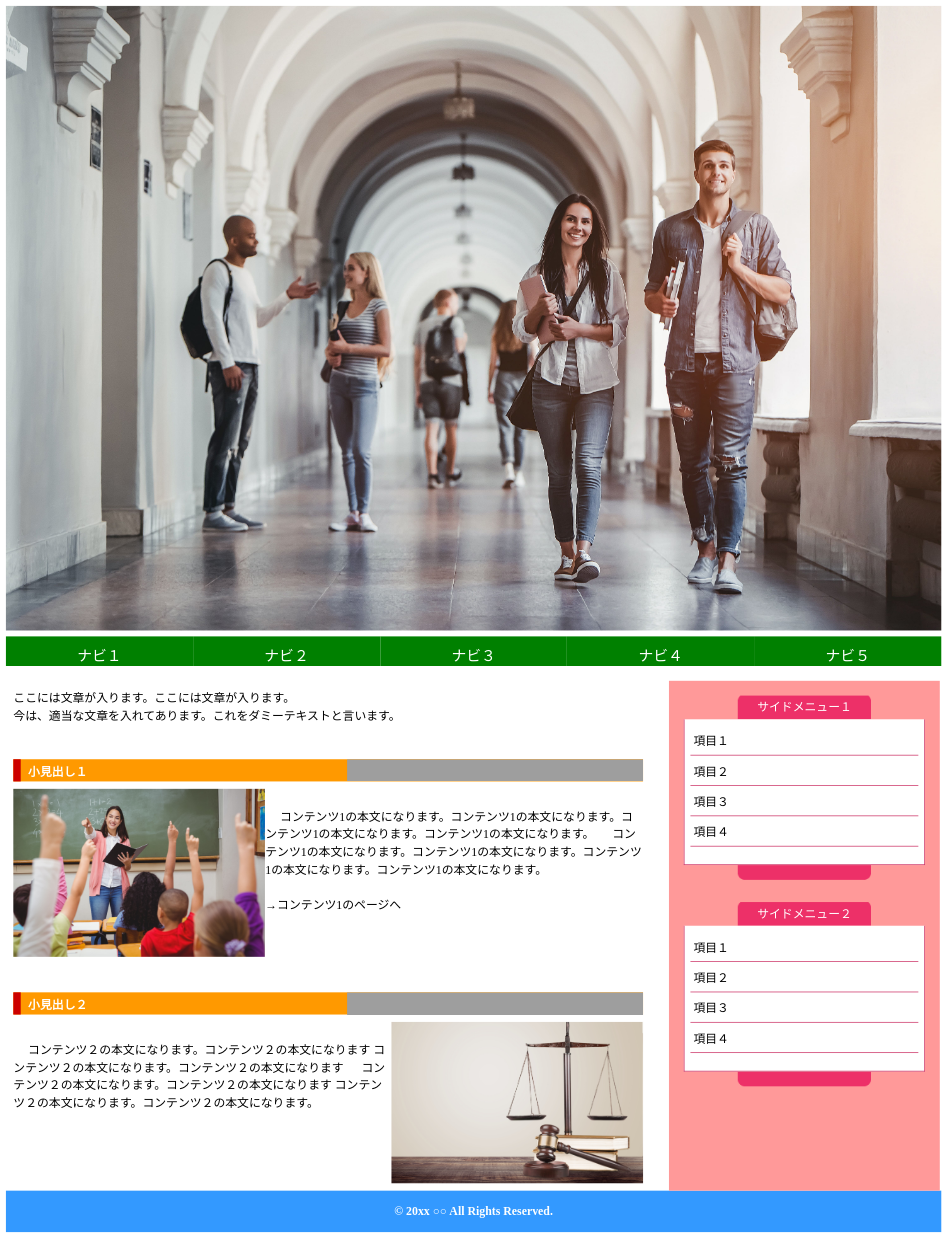
Repository: akiran1sei/samurai_HTML-CSS
Page: html/home.html
The author's editor kept a record of every edit. The page is drawn from the files as they stood at one moment, then again after the next edit.
The browser window is 1280 px wide. The pictures show the whole page, at 74% of full size.
Pictures or frames that could not be fetched are drawn as grey boxes.

Above is the page before.

### html/home.html
<!DOCTYPE html>
<html lang="ja">
<head>
    <meta charset="UTF-8">
    <meta name="viewport" content="width=device-width, initial-scale=1.0">
    <meta http-equiv="X-UA-Compatible" content="ie=edge">
    <title>Document</title>
    <link rel="stylesheet" href="../css/home.css">
</head>
<body>
     <div id="header">
         <h1><a href="home.html"><img id="corridor"  src="../images/corridor.jpg" alt="大学の廊下"></a></h1>
     </div>
     <div id="wrapper">
         <div id="nav">
             <ul>
                 <li><a href="home.html">ナビ１</a></li>
                 <li><a href="#">ナビ２</a></li>
                 <li><a href="#">ナビ３</a></li>
                 <li><a href="#">ナビ４</a></li>
                 <li><a href="#">ナビ５</a></li>
             </ul>
         </div>
         <div id ="container">
             <div id="main">
                 <div class="post">
                     <p>ここには文章が入ります。ここには文章が入ります。<br/>今は、適当な文章を入れてあります。これをダミーテキストと言います。</p>
                 </div>
                 　<div class="post clearfix">
                 　   <h2>小見出し１</h2>
                 　 <img class="left" src="../images/classroom.jpg" alt="授業風景"/>
                 　 <p>
                 　  コンテンツ1の本文になります。コンテンツ1の本文になります。コンテンツ1の本文になります。コンテンツ1の本文になります。
                 　  コンテンツ1の本文になります。コンテンツ1の本文になります。コンテンツ1の本文になります。コンテンツ1の本文になります。
                 　 </p>
                 　 <p><a　href="#">→コンテンツ1のページへ</a></p>
                 　</div>
                 　<div class="post clearfix">
                 　 <h2>小見出し２</h2>
                 　 <img class="right"  src="../images/scale.jpg" alt="天秤"/>
                 　 <p>
                 　     コンテンツ２の本文になります。コンテンツ２の本文になります コンテンツ２の本文になります。コンテンツ２の本文になります
                 　     コンテンツ２の本文になります。コンテンツ２の本文になります コンテンツ２の本文になります。コンテンツ２の本文になります。
                 　 </p>
                 　</div>
             </div>
                 <div id="side">
                     <div class="box">
                         <h2>サイドメニュー１</h2>
                         <div class="boxBody">
                             <ul>
                                 <li>項目１</li>
                                 <li>項目２</li>
                                 <li>項目３</li>
                                 <li>項目４</li>
                             </ul>
                         </div>
                     </div>
                     <div class="box">
                         <h2>サイドメニュー２</h2>
                         <div class="boxBody">
                             <ul>
                                 <li>項目１</li>
                                 <li>項目２</li>
                                 <li>項目３</li>
                                 <li>項目４</li>
                             </ul>
                         </div>
                     </div>
            </div>
         </div>
     </div>
     <div id="footer">
         <p>&copy; 20xx ○○ All Rights Reserved.</p>
     </div>

</body>
</html>

### css/home.css
@charset "utr-8";

bady {
    margin: 0;
    padding:  0;
    font-family: "ヒラギノ角ゴ Pro W3", "Hiragino Kaku Gothic Pro", "メイリオ", Meiryo, Osaka, "ＭＳ Ｐゴシック", "MS PGothic", sans-serif;
    color: #333;
    font-size: 13px;
    line-height: 150%;
}
#wrapper {
        width: 100%;
        margin: auto;
        padding: 0px;
        border: 0px;
        background-color: #fff;
        top: 10px;
}

#header {
    width: 100%;
}
#header h1 {
    margin:0;
    padding: 0;
}
#corridor {
    width: 100%;
    height: auto;
}

#footer {
    clear: both;
    width: 100%;
    padding: 3px 0 3px 0;
    background: #39f;
    color: #fff;
    font-weight: bold;
    text-align: center;
}
#nav{
    width: 100%;
}
#nav ul {
    display: flex;
    margin: 0;
    padding: 0;
    list-style-type: none;
}
#nav ul li {

    width: 20%;
    text-align: center;
}
#nav ul li a {
    display: block;
    height: 20px;
    margin: 0;
    padding: 10px;
    color: #fff;
    font-size: 20px;
    text-decoration: none;
    background-color: green;

}
#nav ul li a:hover{
      filter: drop-shadow(10px 10px 10px black);
}

#container {
    width: 100%;
    margin: auto;
    padding: auto;
    padding-top: 20px;
    clear:　both;
    display: grid;
    grid-template-columns: 70vw 30vw;
}

#main {
    width: 95%;
    padding: 10px 30px 10px 10px;
}

#main h2 {
    margin: 0 0 10px 0;
    padding:3px 10px 3px 10px;
    color: #FFF;
    font-size:16px;
    border-left: solid 10px #c00;
    background: #f90 url(../images/main_h2.jpg) right top repeat-y;
}
#main p {
    margin: 0;
    padding: 0;
}
#main.post{
    margin: 0 0 30px 0;

}
#main .post img .right {
    margin: 0 0 0 8px;
}
#main .post img .left {
    margin: 0 8px 0 0;
}
.right {
    float: right;
    width: 40%;
    height: auto;
}
.left {
    float: left;
    width: 40%;
    height: auto;
}
.clearfix {
    zoom:1;

}
.clearfix:after  {
    content: "";
    display: block;
    clear: both;
}

#side {
    width: 85%;
    padding: 20px;
    background-color: #f99;
}
#side .box {
    margin: 0 auto 30px auto;
    padding: 0 0 20px 0;
    background: url(../images/side_box.png) bottom no-repeat;
}

#side.box h2{
    margin: 0;
    padding:8px;
    text-align: center;
    color: #fff;
    font-size: 16px;
    line-height: 16px;
    font-weight: normal;
    background: url(../images/side_box_h2.png) center no-repeat;
}
#side .box h2 {
    margin: 0;
    padding:8px;
    text-align: center;
    color: #fff;
    font-size: 16px;
    line-height: 16px;
    font-weight: normal;
    background: url(../images/side_box_h2.png) center no-repeat;
}
#side .box .boxBody {
    padding: 8px;
    border-right: solid 1px #c36;
    border-bottom:solid 1px #c36;
    border-left: solid 1px #c36;
    background: #fff;
}
#side .box .boxBody ul {
    margin: 0 0 16px 0;
    padding: 0;
}
#side .box .boxBody ul li {
    padding : 8px 0 8px 4px;
    list-style:none;
    border-bottom:solid 1px #c36;
}
#side .box .boxBody ul li:hover{
    padding:8px 0 8px 4px;
    list-style:none;
    border-bottom:solid 1px #c36;
    box-shadow: 0 4px 4px rgba(0,0,0,0.3);
}

After the next edit:
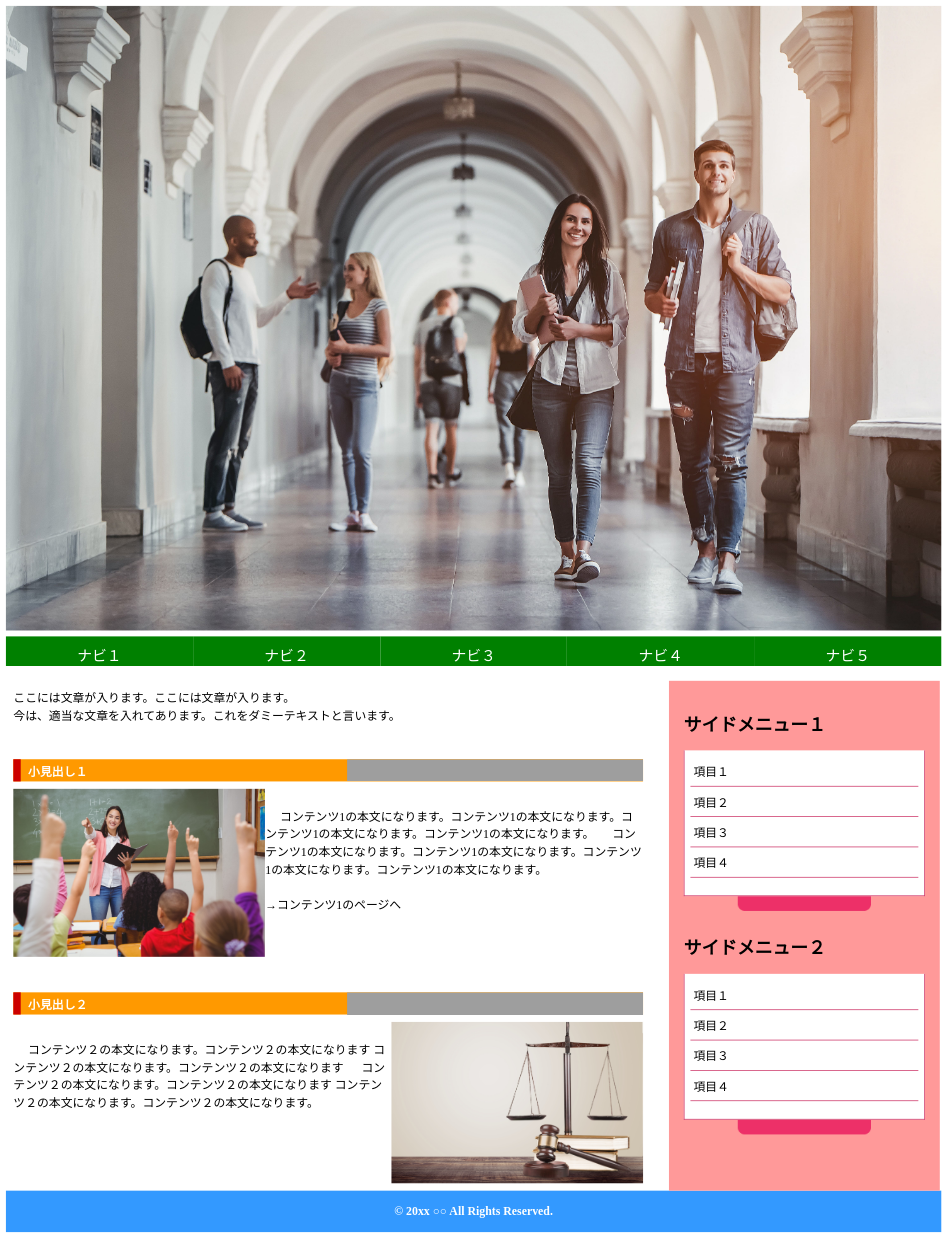
The edit:
--- a/css/home.css
+++ b/css/home.css
@@ -145,16 +145,8 @@
     font-weight: normal;
     background: url(../images/side_box_h2.png) center no-repeat;
 }
-#side .box h2 {
-    margin: 0;
-    padding:8px;
-    text-align: center;
-    color: #fff;
-    font-size: 16px;
-    line-height: 16px;
-    font-weight: normal;
-    background: url(../images/side_box_h2.png) center no-repeat;
-}
+
+
 #side .box .boxBody {
     padding: 8px;
     border-right: solid 1px #c36;
